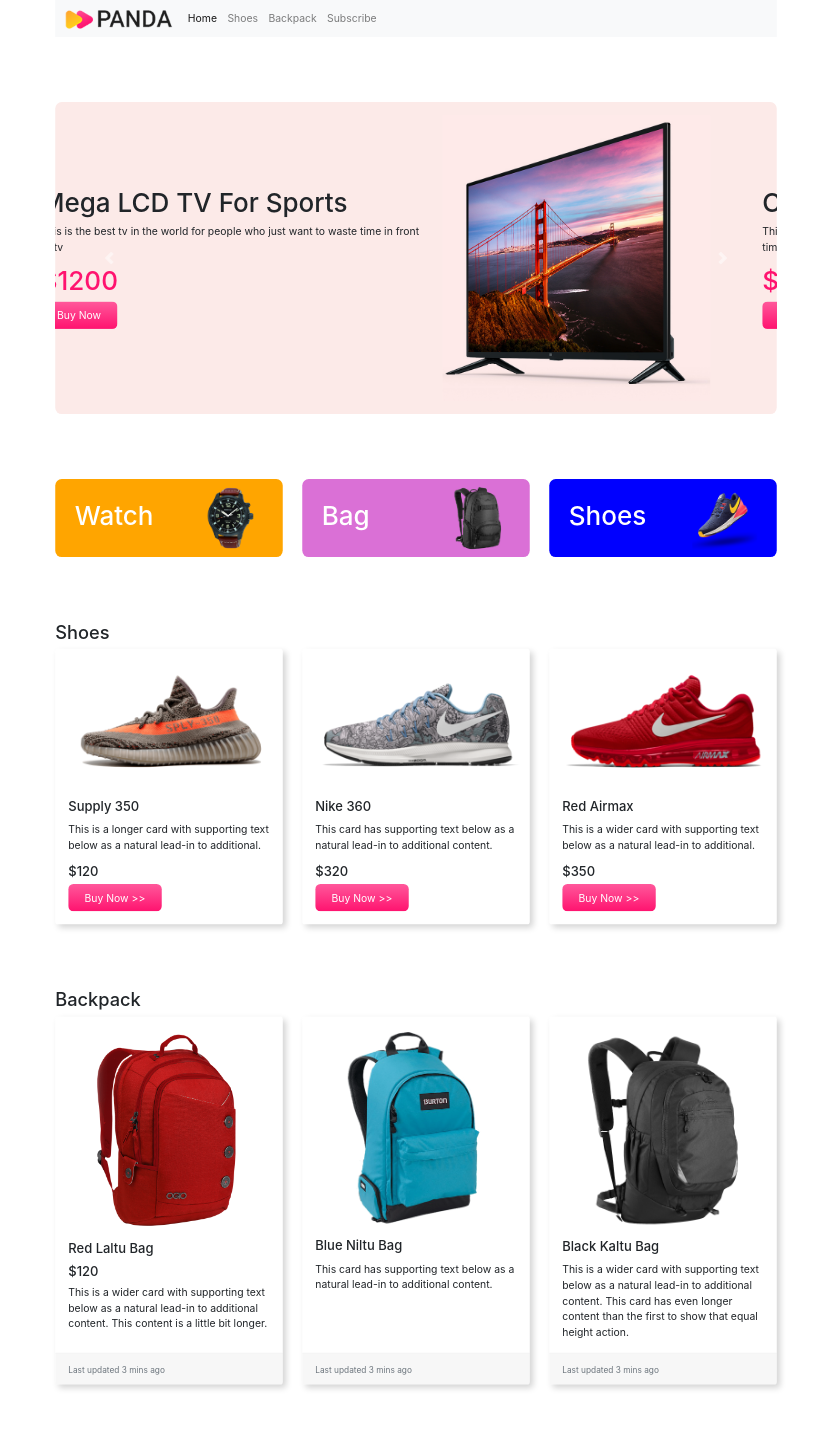
Repository: mohsinfarabi/panda-commerce
Page: index.html
These files come from the project's save history. The page is drawn as it stood at one moment and after the next save; the edit follows.
The browser window is 1280 px wide. The pictures show the whole page, at 65% of full size.

Above is the page before, as saved 2020-07-07 03:18:21.

After the next save:
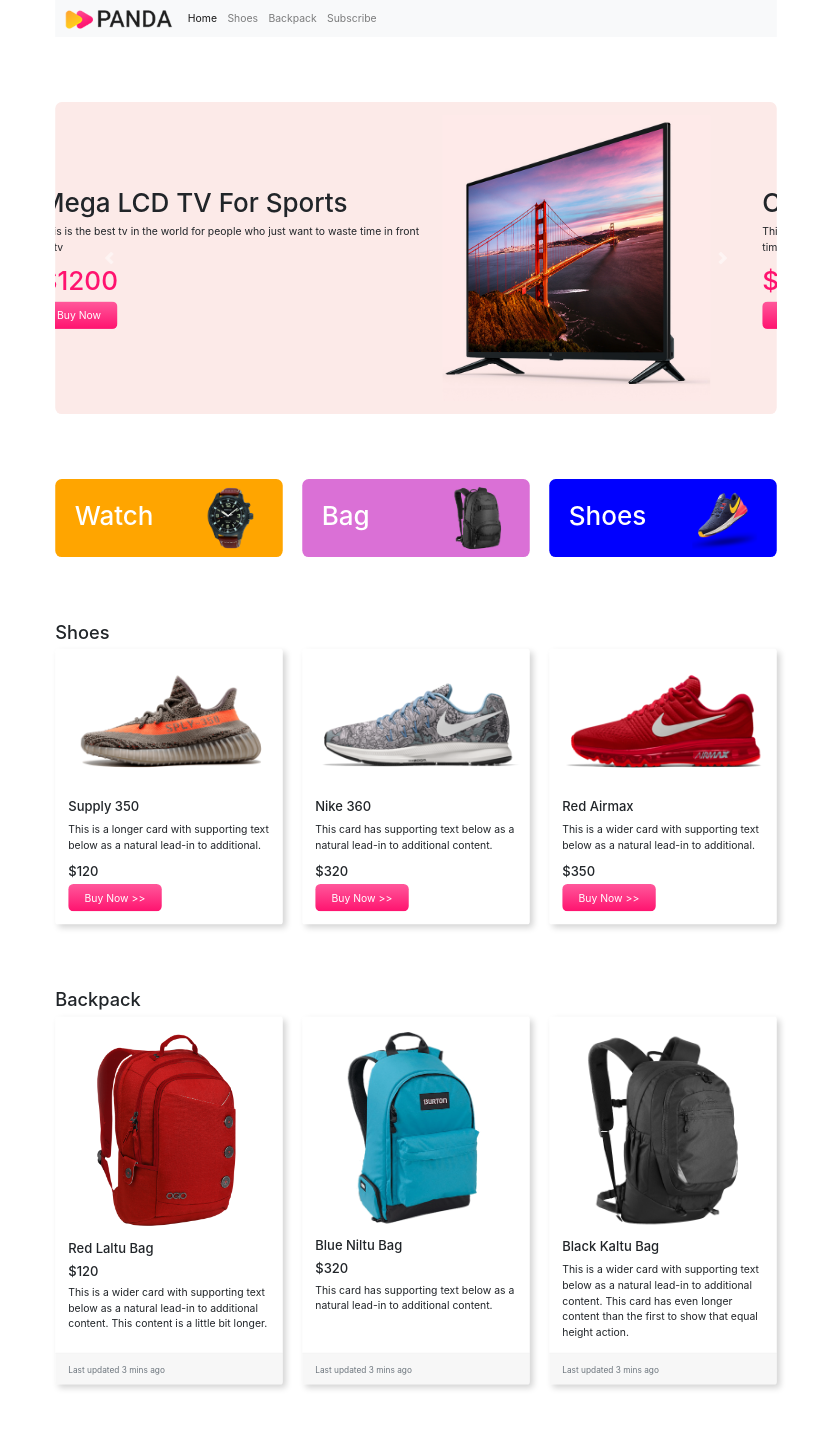
Saved 11 s later.
--- a/index.html
+++ b/index.html
@@ -162,6 +162,7 @@
                 <img src="images/bags/bag-2.png" class="card-img-top" alt="...">
                 <div class="card-body">
                     <h5 class="card-title">Blue Niltu Bag</h5>
+                    <h5>$320</h5>
                     <p class="card-text">This card has supporting text below as a natural lead-in to additional content.</p>
                 </div>
                 <div class="card-footer">
